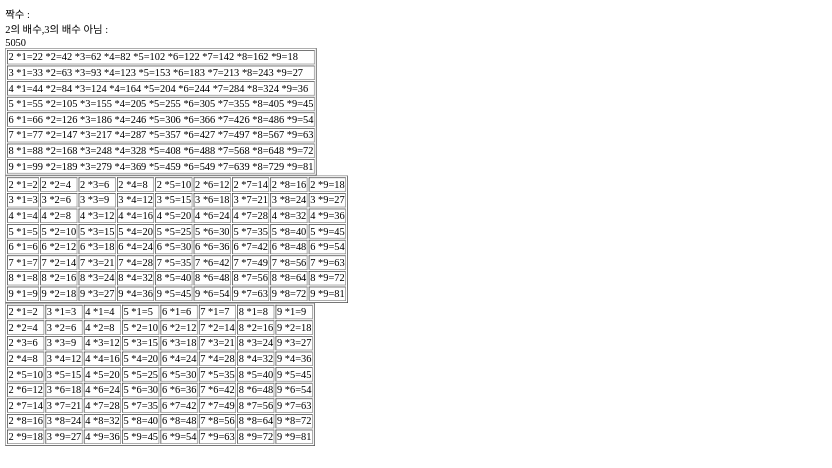
Repository: poomshen/team_03_project2
Page: JavaScript/WebContent/Ex05_Script.html
The author's editor kept a copy of each file at every save. The page is drawn from the files as they stood at one save, then again after the next save.
The browser window is 1280 px wide. The pictures show the whole page, at 65% of full size.

Above is the page before, as saved 2016-08-30 03:13:58.

### JavaScript/WebContent/Ex05_Script.html
<!DOCTYPE html>
<html>
<head>
<meta charset="UTF-8">
<title>제어문</title>
<script type="text/javascript">
var  fe;
fe = 100;//타입 결정(Number)
console.log("a 변수값 :"+a);

	var a = 8;
	if(a % 2 == 0){
		document.write("짝수 :"  +"<br>");
	}else {
		document.write("홀수 :"  +"<br>");
	}

	var  c = 7;
	if(c%2  ==0){
		document.write ("2의 배수 "+"<br>");
	}else if (c % 3  ==0) {
		document.write ("3의 배수 "+"<br>");
	}else{
		document.write ("2의 배수,3의 배수 아님 :"+"<br>");
	}

	//for 문을 1~100 까지의 합
	//int sum = 0;
	//for(int i = 1; i<= 100; i++){ sum +=i}
	var sum = 0;
	for(var i = 1; i<= 100; i++){ sum +=i }
	document.write(sum);

	document.write('<table border="1">');
	for(var i = 2; i<=9 ; i++){
		document.write("<tr>");
			document.write("<td>")
		for(var y = 1 ;y<=9 ;y++){
			document.write(i + " *" + y+"=" +i*y);
		}
			document.write("</td>")
		document.write("</tr>");
	}
	document.write("</table>");

	document.write('<table border="1">');
	for(var i = 2; i<=9 ; i++){
		document.write("<tr>");
		for(var y = 1 ;y<=9 ;y++){
			document.write("<td>")
			document.write(i + " *" + y+"=" +i*y);
			document.write("</td>")
		}
		document.write("</tr>");
	}
	document.write("</table>");

	document.write('<table border="1">');
	for(var i = 1; i<=9 ; i++){
		document.write("<tr>");
		for(var y = 2 ;y<=9 ;y++){
			document.write("<td>")
			document.write(y + " *" + i+"=" +i*y);
			document.write("</td>")
		}
		document.write("</tr>");
	}
	document.write("</table>");

</script>
</head>
<body>

</body>
</html>

After the next save:
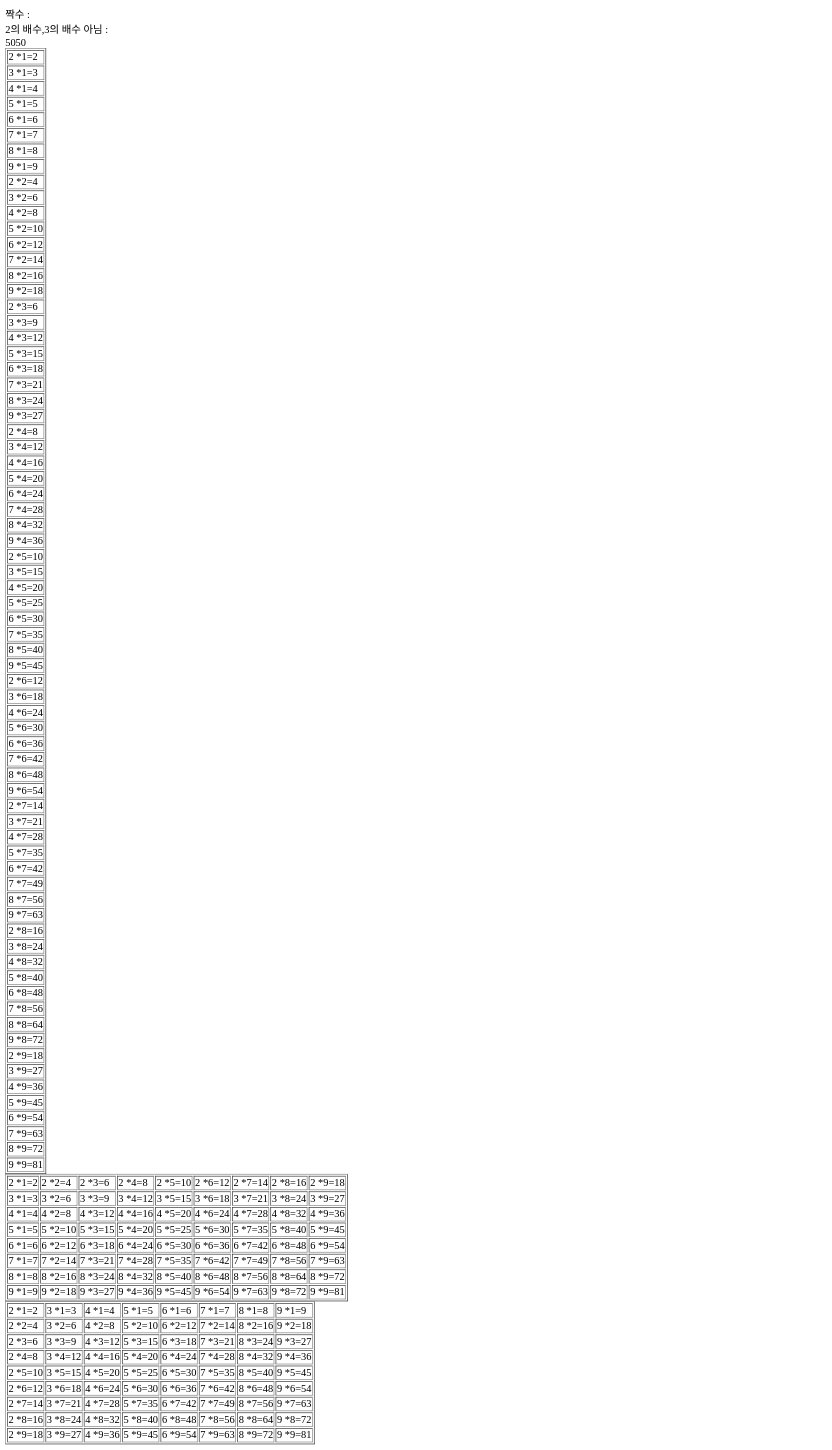
Saved 36 s later.
--- a/JavaScript/WebContent/Ex05_Script.html
+++ b/JavaScript/WebContent/Ex05_Script.html
@@ -32,14 +32,14 @@ console.log("a 변수값 :"+a);
 	document.write(sum);
 
 	document.write('<table border="1">');
-	for(var i = 2; i<=9 ; i++){
+	for(var i = 1; i<=9 ; i++){
+		for(var y = 2 ;y<=9 ;y++){
 		document.write("<tr>");
 			document.write("<td>")
-		for(var y = 1 ;y<=9 ;y++){
-			document.write(i + " *" + y+"=" +i*y);
-		}
+			document.write(y + " *" + i+"=" +i*y);
 			document.write("</td>")
 		document.write("</tr>");
+		}
 	}
 	document.write("</table>");
 
